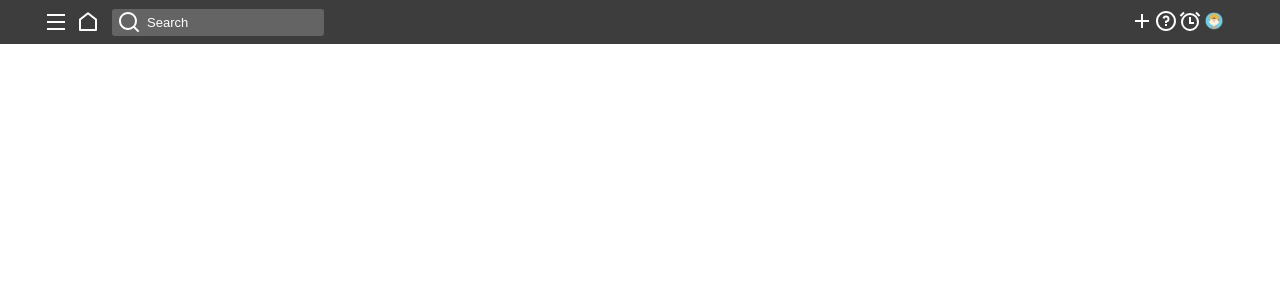
Repository: huuthe1999/to-do-list
Page: /
The author's editor kept a copy of each file at every save. The page is drawn from the files as they stood at one save, then again after a run of saves.
The browser window is 1280 px wide. The pictures show the whole page.
The project was rebuilt for these pictures with package versions that can differ from the ones it lists, and the page was loaded fresh each time.

Above is the page before, as saved 2022-02-13 15:21:35.

After the next 2 saves:
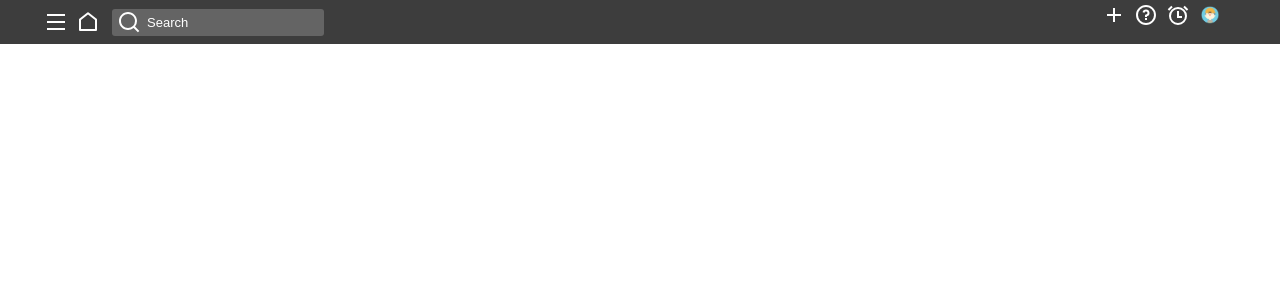
The 2 saves are shown as one change because 1 did not build or start.
The last was saved 54 s later.
--- a/src/components/topBar/topbar.scss
+++ b/src/components/topBar/topbar.scss
@@ -75,6 +75,11 @@
 			justify-content: center;
 			height: 44px;
 			padding: 0px 12px;
+
+			button {
+				width: 32px;
+				height: 32px;
+			}
 			img {
 				width: 24px;
 				height: 24px;
